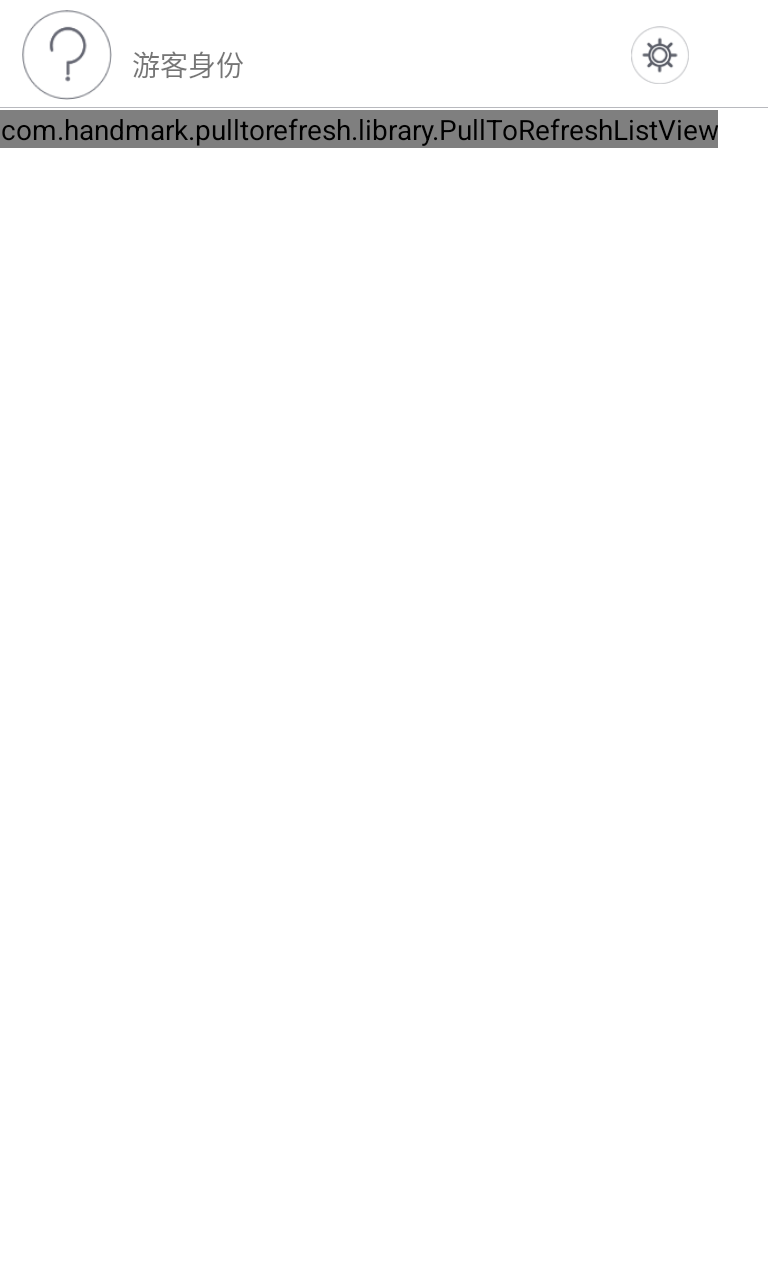
Repository: MinoyJet/Amoy
Layout: beta5/res/layout/dy.xml
These files come from the project's save history. The layout is drawn as it stood at one moment and after the next save; the edit follows.
Pictures or frames that could not be fetched are drawn as grey boxes. It is drawn on a 768 x 1280 px phone screen (xhdpi) without system bars, with theme AppTheme; the app's code is not run.

Above is the layout before, as saved 2015-04-25 07:10:34.

### beta5/res/layout/dy.xml
<RelativeLayout xmlns:android="http://schemas.android.com/apk/res/android"
    android:layout_width="match_parent"
    android:layout_height="match_parent"
    android:background="#ffffff"
    android:orientation="vertical" >

    <RelativeLayout
        android:id="@+id/relativeLayout1"
        android:layout_width="fill_parent"
        android:layout_height="55dp"
        android:layout_alignParentLeft="true"
        android:layout_alignParentTop="true"
        android:orientation="vertical" >

        <ImageView
            android:id="@+id/imageView2"
            android:layout_width="match_parent"
            android:layout_height="wrap_content"
            android:layout_alignParentBottom="true"
            android:layout_alignParentLeft="true"
            android:background="@drawable/xian" />

        <TextView
            android:id="@+id/textView1"
            android:layout_width="wrap_content"
            android:layout_height="wrap_content"
            android:layout_alignBottom="@+id/imageButton1"
            android:layout_marginLeft="10dp"
            android:layout_toRightOf="@+id/imageView1"
            android:text="游客身份" />

        <ImageView
            android:id="@+id/imageView1"
            android:layout_width="45dp"
            android:layout_height="45dp"
            android:layout_alignParentLeft="true"
            android:layout_centerVertical="true"
            android:layout_marginLeft="11dp"
            android:background="@drawable/yonghuyouke" />

        <ImageButton
            android:id="@+id/imageButton1"
            android:layout_width="30dp"
            android:layout_height="30dp"
            android:layout_alignParentRight="true"
            android:layout_centerVertical="true"
            android:layout_marginRight="39dp"
            android:background="@drawable/xitongshezhi" />

    </RelativeLayout>

    <com.handmark.pulltorefresh.library.PullToRefreshListView


        android:id="@+id/list"
        android:layout_width="wrap_content"
        android:layout_height="wrap_content"
        android:layout_below="@+id/relativeLayout1"
        android:divider="#EEEEEE"
        android:dividerHeight="8dp"
        android:layout_marginBottom="58dp"
        >

   </com.handmark.pulltorefresh.library.PullToRefreshListView>



</RelativeLayout>

### beta5/res/values/styles.xml
<resources>

    <!--
        Base application theme, dependent on API level. This theme is replaced
        by AppBaseTheme from res/values-vXX/styles.xml on newer devices.
    -->
    <style name="AppBaseTheme" parent="Theme.AppCompat.Light">
           <item name="android:windowIsTranslucent">true</item>
             <item name="android:windowNoTitle">true</item>
        <!--
            Theme customizations available in newer API levels can go in
            res/values-vXX/styles.xml, while customizations related to
            backward-compatibility can go here.
        -->
    </style>

    <!-- Application theme. -->
    <style name="AppTheme" parent="AppBaseTheme">
        <!-- All customizations that are NOT specific to a particular API-level can go here. -->
    </style>

</resources>

### beta5/res/values-v11/styles.xml
<resources>

    <!--
        Base application theme for API 11+. This theme completely replaces
        AppBaseTheme from res/values/styles.xml on API 11+ devices.
    -->
    <style name="AppBaseTheme" parent="Theme.AppCompat.Light">
           <item name="android:windowIsTranslucent">true</item>
             <item name="android:windowNoTitle">true</item>
        <!-- API 11 theme customizations can go here. -->
    </style>

</resources>

### beta5/res/values-v14/styles.xml
<resources>

    <!--
        Base application theme for API 14+. This theme completely replaces
        AppBaseTheme from BOTH res/values/styles.xml and
        res/values-v11/styles.xml on API 14+ devices.
    -->
    <style name="AppBaseTheme" parent="Theme.AppCompat.Light.DarkActionBar">
           <item name="android:windowIsTranslucent">true</item>
             <item name="android:windowNoTitle">true</item>
        <!-- API 14 theme customizations can go here. -->
    </style>

</resources>

After the next save:
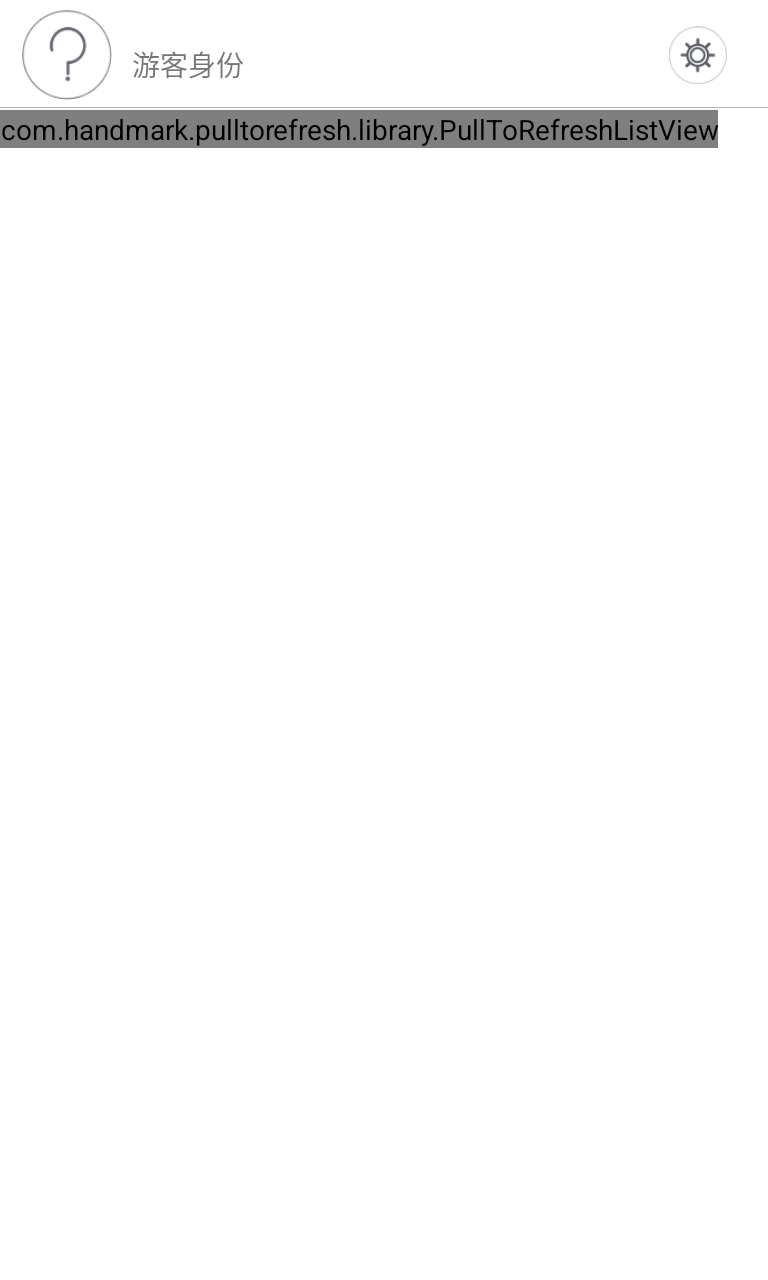
Saved 2 min 0 s later.
--- a/beta5/res/layout/dy.xml
+++ b/beta5/res/layout/dy.xml
@@ -44,7 +44,10 @@
             android:layout_height="30dp"
             android:layout_alignParentRight="true"
             android:layout_centerVertical="true"
-            android:layout_marginRight="39dp"
+            android:layout_alignParentRight="true"
+
+
+            android:layout_marginRight="20dp"
             android:background="@drawable/xitongshezhi" />
 
     </RelativeLayout>
